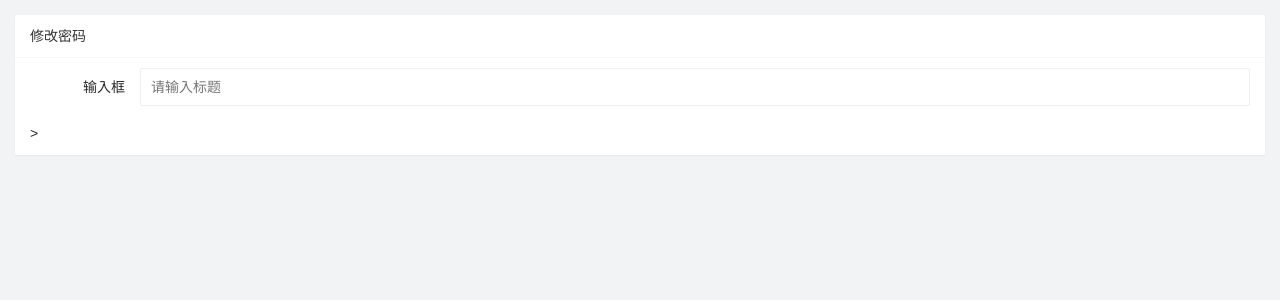
Repository: 1zhoukexin/web_aad
Page: user/user_pwd.html
The author's editor kept a copy of each file at every save. The page is drawn from the files as they stood at one save, then again after the next save.
The browser window is 1280 px wide. The pictures show the whole page.

Above is the page before, as saved 2021-04-17 13:52:46.

After the next save:
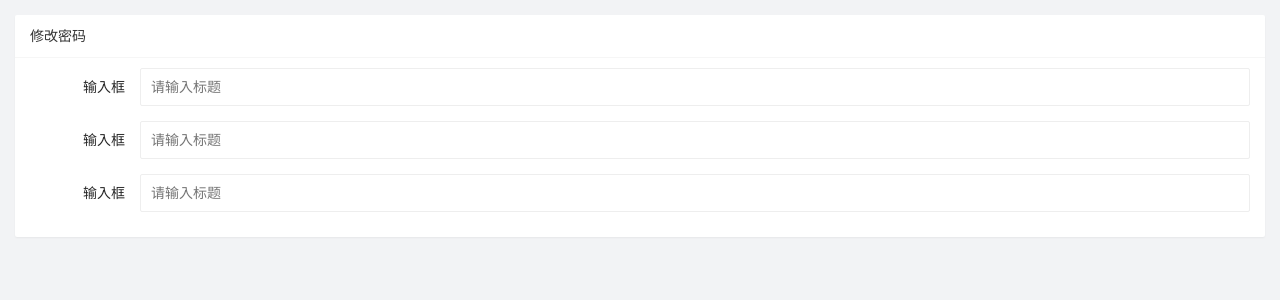
Saved 11 s later.
--- a/user/user_pwd.html
+++ b/user/user_pwd.html
@@ -22,7 +22,23 @@
                         <input type="text" name="title" required lay-verify="required" placeholder="请输入标题" autocomplete="off" class="layui-input">
                     </div>
                 </div>
-            </form>>
+            </form>
+            <form class="layui-form" action="">
+                <div class="layui-form-item">
+                    <label class="layui-form-label">输入框</label>
+                    <div class="layui-input-block">
+                        <input type="text" name="title" required lay-verify="required" placeholder="请输入标题" autocomplete="off" class="layui-input">
+                    </div>
+                </div>
+            </form>
+            <form class="layui-form" action="">
+                <div class="layui-form-item">
+                    <label class="layui-form-label">输入框</label>
+                    <div class="layui-input-block">
+                        <input type="text" name="title" required lay-verify="required" placeholder="请输入标题" autocomplete="off" class="layui-input">
+                    </div>
+                </div>
+            </form>
         </div>
     </div>
 </body>
